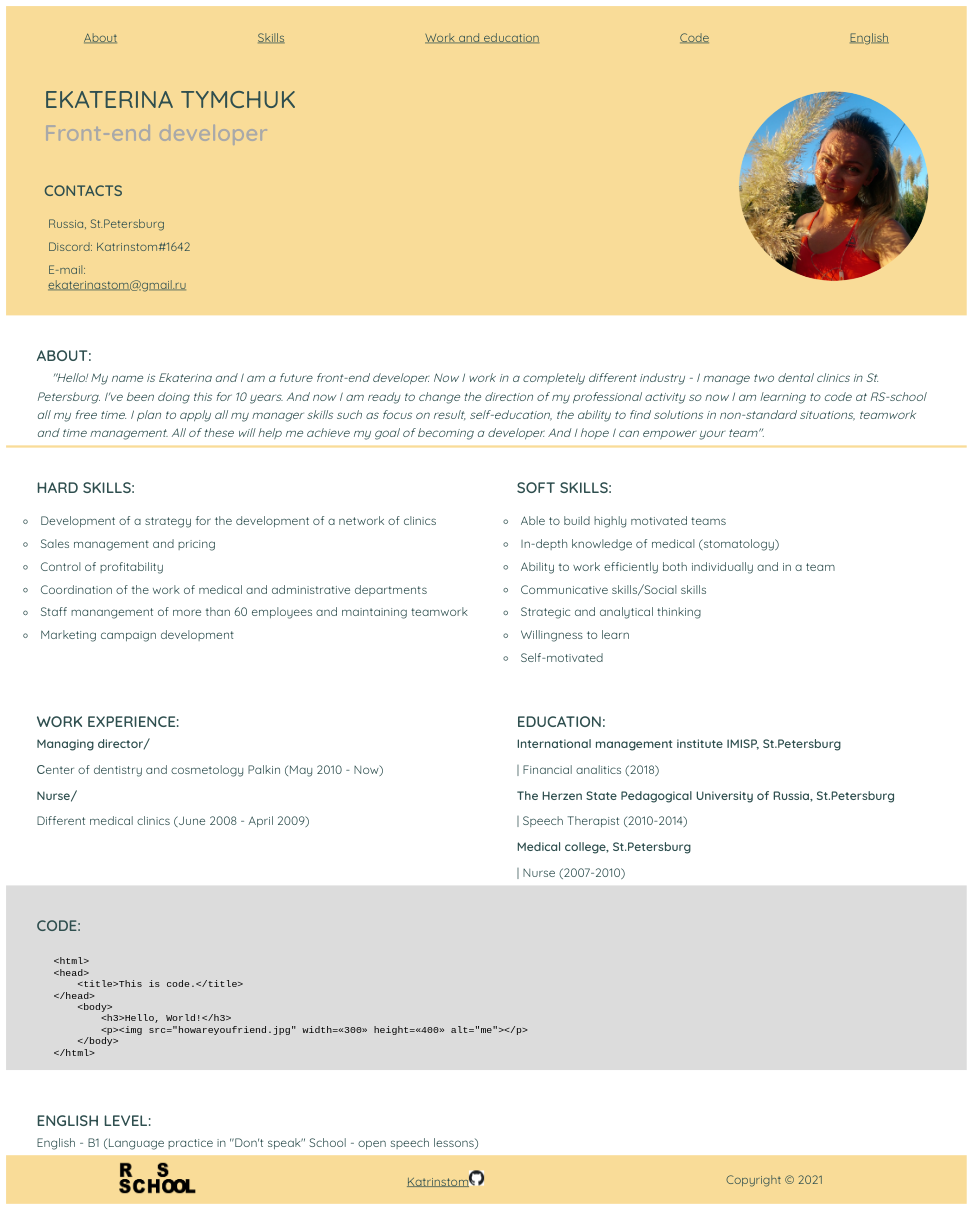
Repository: Katrinstom/rsschool-cv
Page: index.html
The author's editor kept a copy of each file at every save. The page is drawn from the files as they stood at one save, then again after the next save.
The browser window is 1280 px wide. The pictures show the whole page, at 76% of full size.

Above is the page before, as saved 2022-01-02 22:29:56.

After the next save:
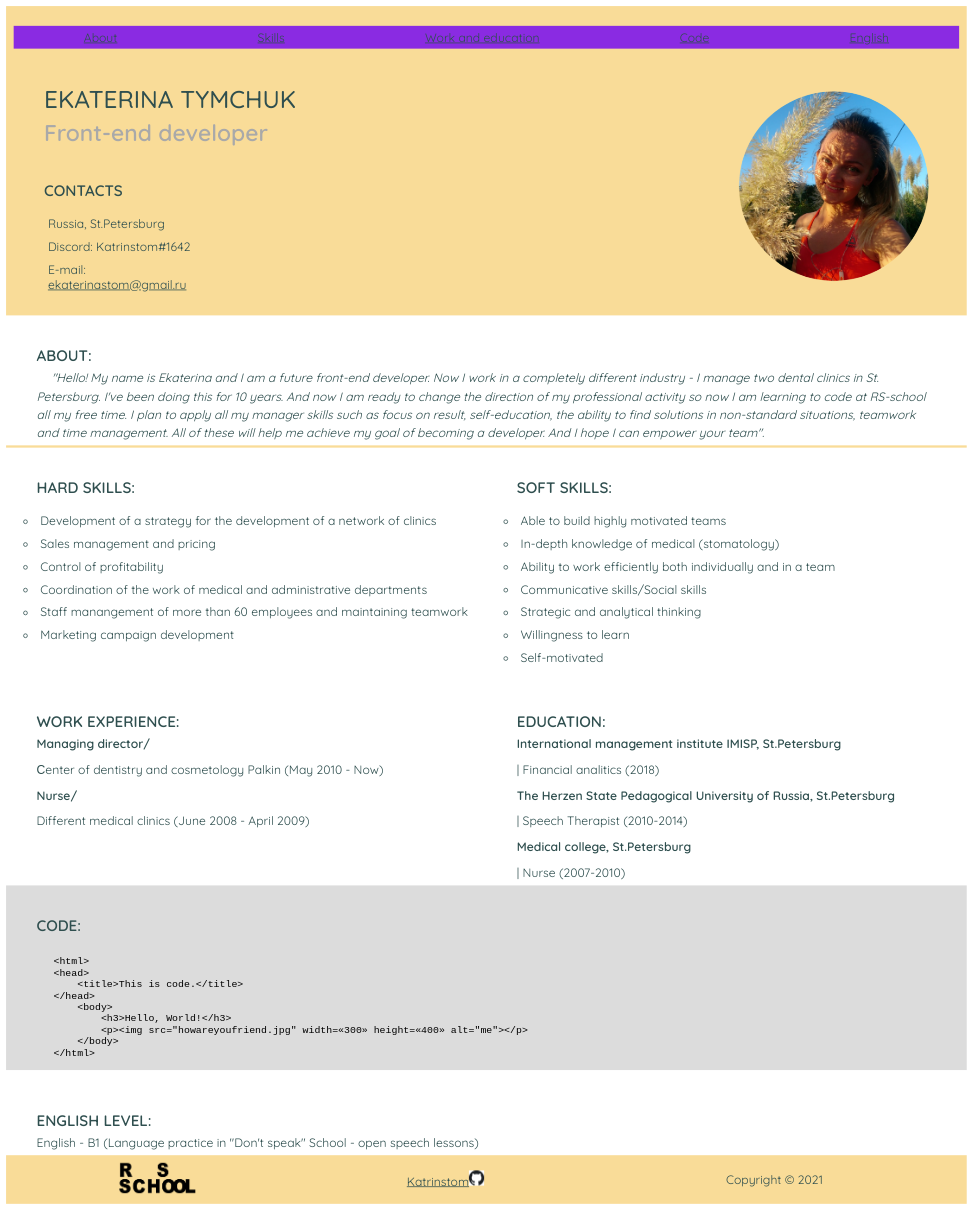
Saved 65 s later.
--- a/style.css
+++ b/style.css
@@ -22,13 +22,13 @@ main {
     justify-content: space-around;
     align-items: center;
     padding: 0;
+    background-color: blueviolet;
 }
 .nav-item {
     list-style: none;
 }
 .nav-item a:hover {
     background-color: aqua;
-    cursor: move;
 }
 body {
     font-family: 'Quicksand', sans-serif;
